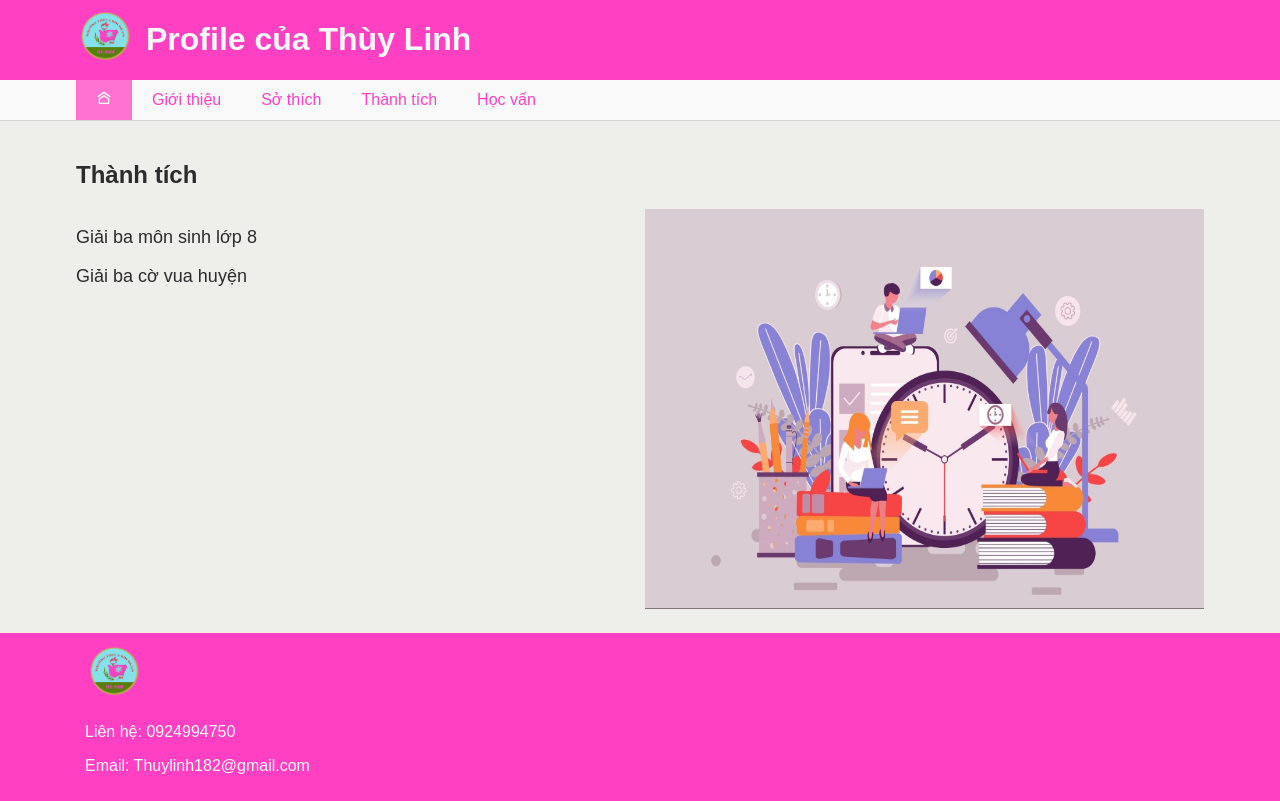
Repository: DucLong-PD07979/profile-vu-thuy-linh
Page: thanh-tich.html
These files come from the project's save history. The page is drawn as it stood at one moment and after the next save; the edit follows.
The browser window is 1280 px wide. The pictures show the whole page.

Above is the page before, as saved 2025-03-13 21:40:11.
Not found: script.js

After the next save:
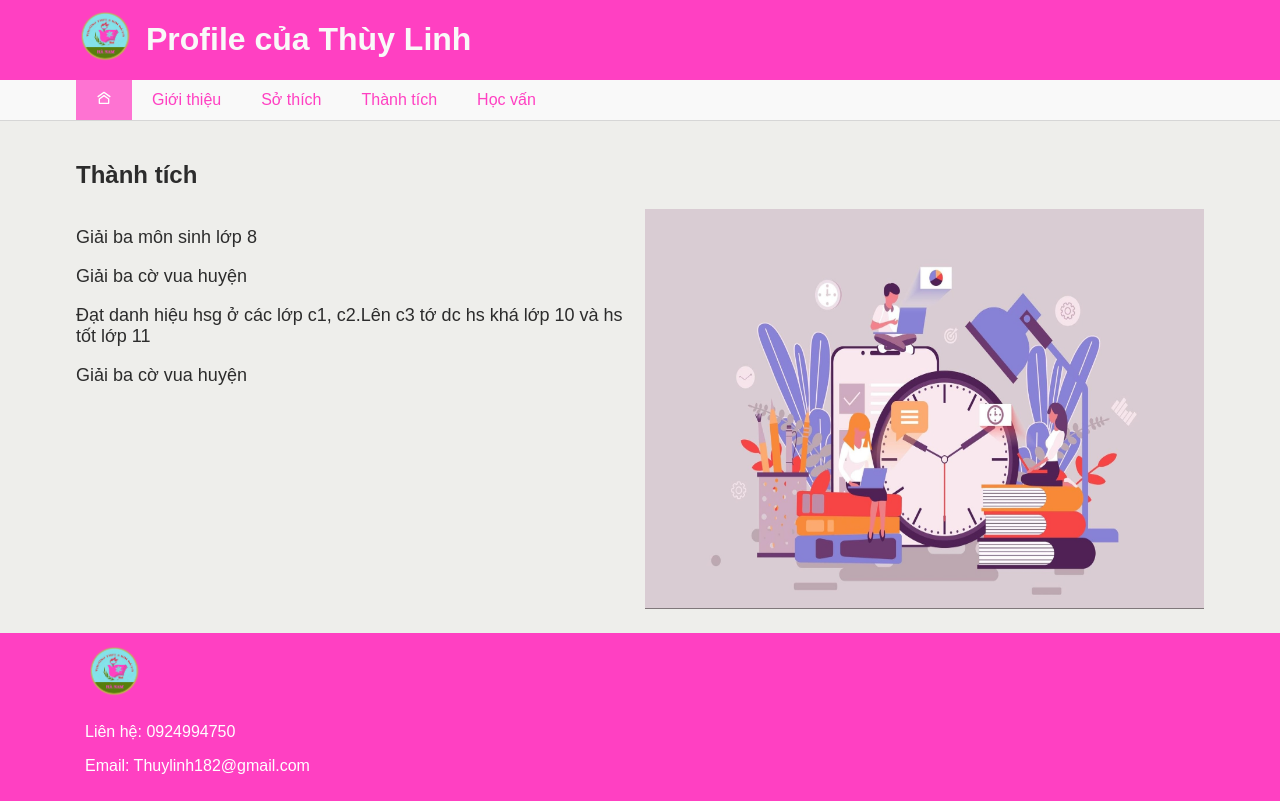
Saved 13 min 36 s later.
--- a/thanh-tich.html
+++ b/thanh-tich.html
@@ -58,6 +58,8 @@
                     <div class="box">
                         <p>Giải ba môn sinh lớp 8</p>
                         <p>Giải ba cờ vua huyện</p>
+                        <p>Đạt danh hiệu hsg ở các lớp c1, c2.Lên c3 tớ dc hs khá lớp 10 và hs tốt lớp 11</p>
+                        <p>Giải ba cờ vua huyện</p>
                     </div>
                     <div class="box">
                         <img src="./images/thanh-tich-tot.jpg" alt="" />
